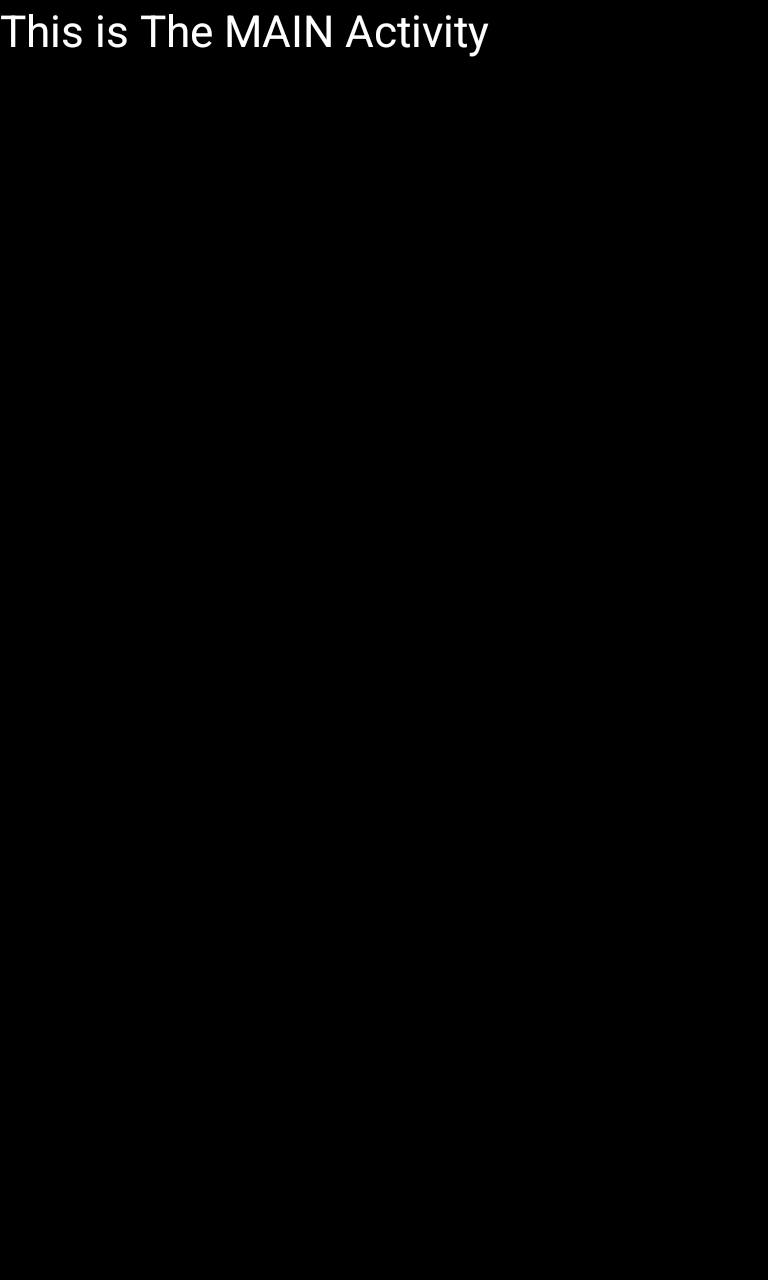
Repository: smartapps08/addteqtutorials
Layout: Activity Lifecycle Demo/res/layout/main.xml
An editor plug-in stored every save of this project. The layout is shown before and after the next save, followed by the edit.
It is drawn on a 768 x 1280 px phone screen (xhdpi) without system bars, with theme android:Theme; the app's code is not run.

Above is the layout before, as saved 2012-06-07 15:32:05.

### Activity Lifecycle Demo/res/layout/main.xml
<?xml version="1.0" encoding="utf-8"?>
<LinearLayout xmlns:android="http://schemas.android.com/apk/res/android"
    android:layout_width="fill_parent"
    android:layout_height="fill_parent"
    android:orientation="vertical" >

    <TextView
        android:id="@+id/textView1"
        android:layout_width="wrap_content"
        android:layout_height="wrap_content"
        android:text="This is The MAIN Activity"
        android:textAppearance="?android:attr/textAppearanceLarge" />

</LinearLayout>

After the next save:
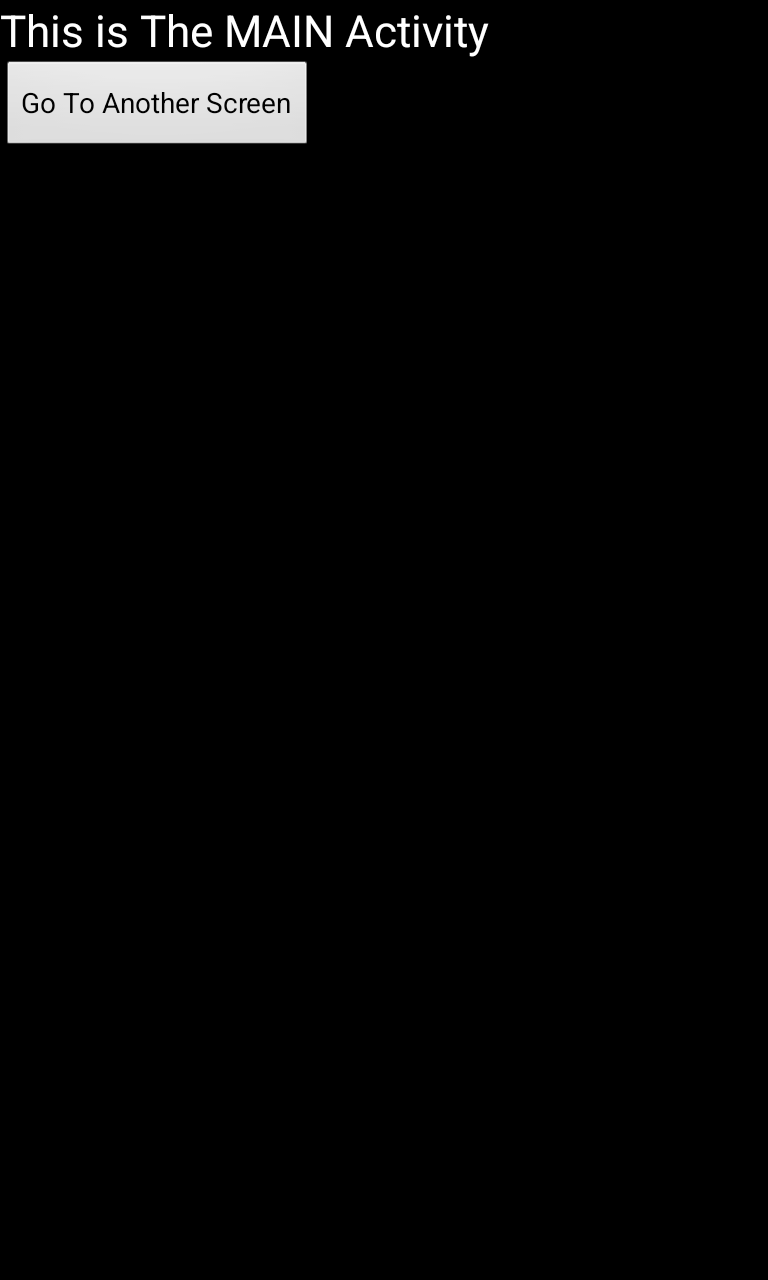
Saved 26 s later.
--- a/Activity Lifecycle Demo/res/layout/main.xml
+++ b/Activity Lifecycle Demo/res/layout/main.xml
@@ -11,4 +11,10 @@
         android:text="This is The MAIN Activity"
         android:textAppearance="?android:attr/textAppearanceLarge" />
 
+    <Button
+        android:id="@+id/btnNext"
+        android:layout_width="wrap_content"
+        android:layout_height="wrap_content"
+        android:text="Go To Another Screen" />
+
 </LinearLayout>
